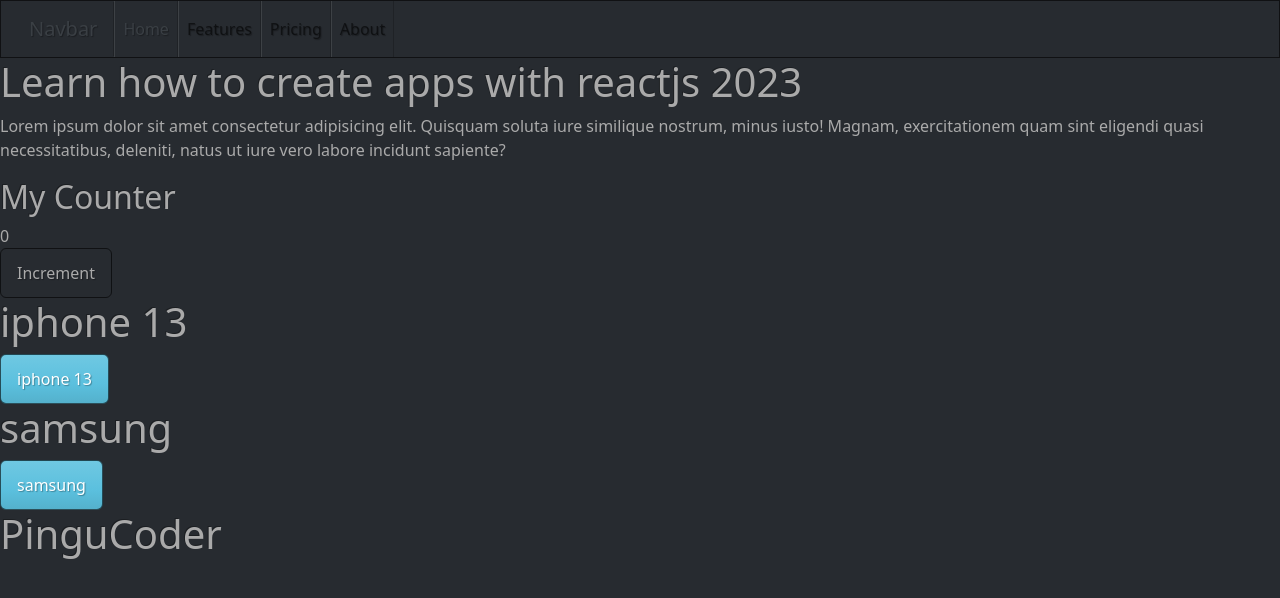
Repository: chanwarichawki/React-BC
Page: /
An editor plug-in stored every save of this project. The page is shown before and after the next save, followed by the edit.
The browser window is 1280 px wide. The pictures show the whole page.
Some web libraries are served in a nearby version. The project was rebuilt for these pictures with package versions that can differ from the ones it lists, and the page was loaded fresh each time. Also part of the build but not shown: vite.config.js.

Above is the page before, as saved 2024-01-15 18:47:17.

After the next save:
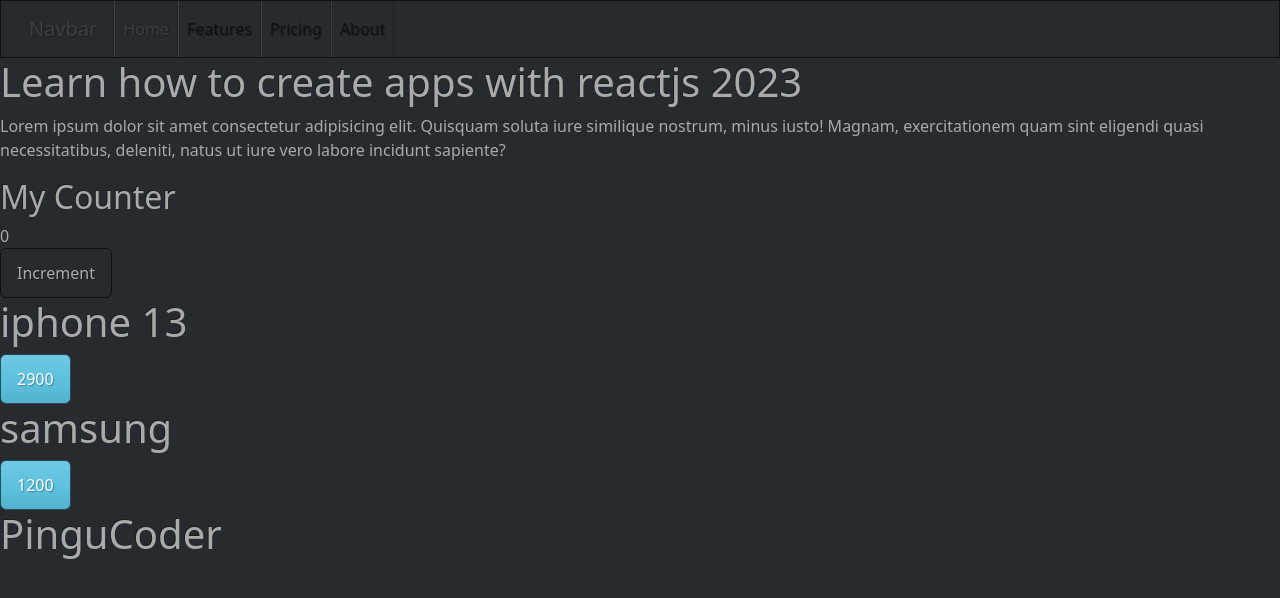
Saved 4 s later.
--- a/src/components/Product.jsx
+++ b/src/components/Product.jsx
@@ -4,7 +4,7 @@ function Product(props) {
   return (
     <>
     <h1>{props.data.label}</h1>
-    <button className="btn btn-info">{props.data.label}</button>
+    <button className="btn btn-info">{props.data.price}</button>
     </>
   )
 }
